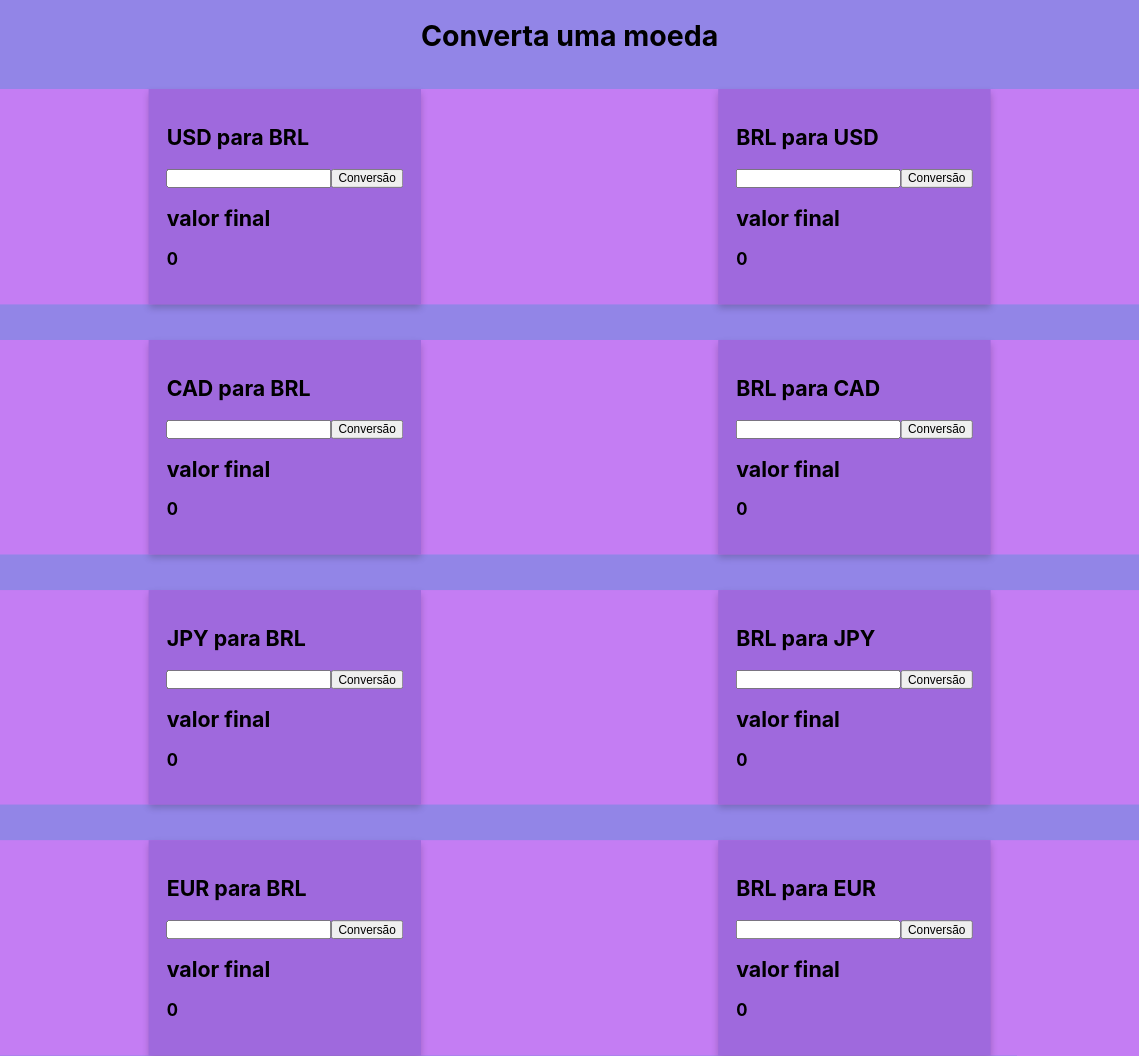
Repository: DeanLemosXD/Currency-converter
Page: /
The author's editor kept a copy of each file at every save. The page is drawn from the files as they stood at one save, then again after the next save.
The browser window is 1280 px wide. The pictures show the whole page, at 89% of full size.
The project was rebuilt for these pictures with package versions that can differ from the ones it lists, and the page was loaded fresh each time.

Above is the page before, as saved 2021-10-19 18:26:34.

### src/index.css
body {
  margin: 0;
  font-family: -apple-system, BlinkMacSystemFont, 'Segoe UI', 'Roboto', 'Oxygen',
    'Ubuntu', 'Cantarell', 'Fira Sans', 'Droid Sans', 'Helvetica Neue',
    sans-serif;
  -webkit-font-smoothing: antialiased;
  -moz-osx-font-smoothing: grayscale;
  background-color:rgb(146, 133, 231)
}

code {
  font-family: source-code-pro, Menlo, Monaco, Consolas, 'Courier New',
    monospace;
}

### src/App.js
import './App.css';
import Conversor from './components/Conversor';

function App() {
  return (
    <div className="App">
      <h1>Converta uma moeda</h1>
      <div className="linha">
      <Conversor moedaA="USD" moedaB="BRL"></Conversor>
      <Conversor moedaA="BRL" moedaB="USD"></Conversor>
      </div>
      <div className="linha">
      <Conversor moedaA="CAD" moedaB="BRL"></Conversor>
      <Conversor moedaA="BRL" moedaB="CAD"></Conversor>
      </div>
      <div className="linha">
      <Conversor moedaA="JPY" moedaB="BRL"></Conversor>
      <Conversor moedaA="BRL" moedaB="JPY"></Conversor>
      </div>
      <div className="linha">
      <Conversor moedaA="EUR" moedaB="BRL"></Conversor>
      <Conversor moedaA="BRL" moedaB="EUR"></Conversor>
      </div>
    </div>
  );
}

export default App;

### src/App.css
.linha{
    display:flex;
    margin-top:  40px;
    justify-content: space-around;
    background-color:rgb(196, 125, 243)

}

h1{

    text-align: center;
}

.app{
    margin: auto;
    max-width: 900px;
}

### src/components/Conversor.js
import React, { Component } from 'react'
import './conversor.css'
export default class Conversor extends Component {

    // eslint-disable-next-line no-useless-constructor
    constructor(props){
        super(props);

        this.state = {
            moedaA_Valor:"",
            moedaB_Valor:0,

        }

        this.converter = this.converter.bind(this)
    }

    converter(){

        let de_para = `${this.props.moedaA}_${this.props.moedaB}`;
        let url = `http://free.currconv.com/api/v7/convert?q=${de_para}&compact=ultra&apiKey=0d7e32903cad9cf7460c`
        //console.log(url)
        fetch(url).then(res=>{
            return res.json()
        })
        .then(json=>{

            let cotacao = json[de_para];
            let moedaB_Valor = (parseFloat(this.state.moedaA_Valor) * cotacao).toFixed(2)
            this.setState({moedaB_Valor})
        })
    }
    render(){
        return (
            <div className="conversor">
                <h2>{this.props.moedaA} para {this.props.moedaB}</h2>
                <input type="text" onChange={(event)=>{this.setState({moedaA_Valor:event.target.value})}}></input>
                <input type="button" value="Conversão" onClick={this.converter}></input>
                <h2>valor final</h2>
                <h3>{this.state.moedaB_Valor}</h3>
            </div>
        )
    }
}

### src/components/conversor.css
.conversor{
        padding: 20px;
        max-width: 300px;
        box-shadow: 0 4px 8px 0 rgba(0, 0, 0, 0.2);
        background-color: rgb(159, 105, 221);
}

Loaded but not shown: public/index.html (common file); src/index.js (common file); src/reportWebVitals.js (common file)

After the next save:
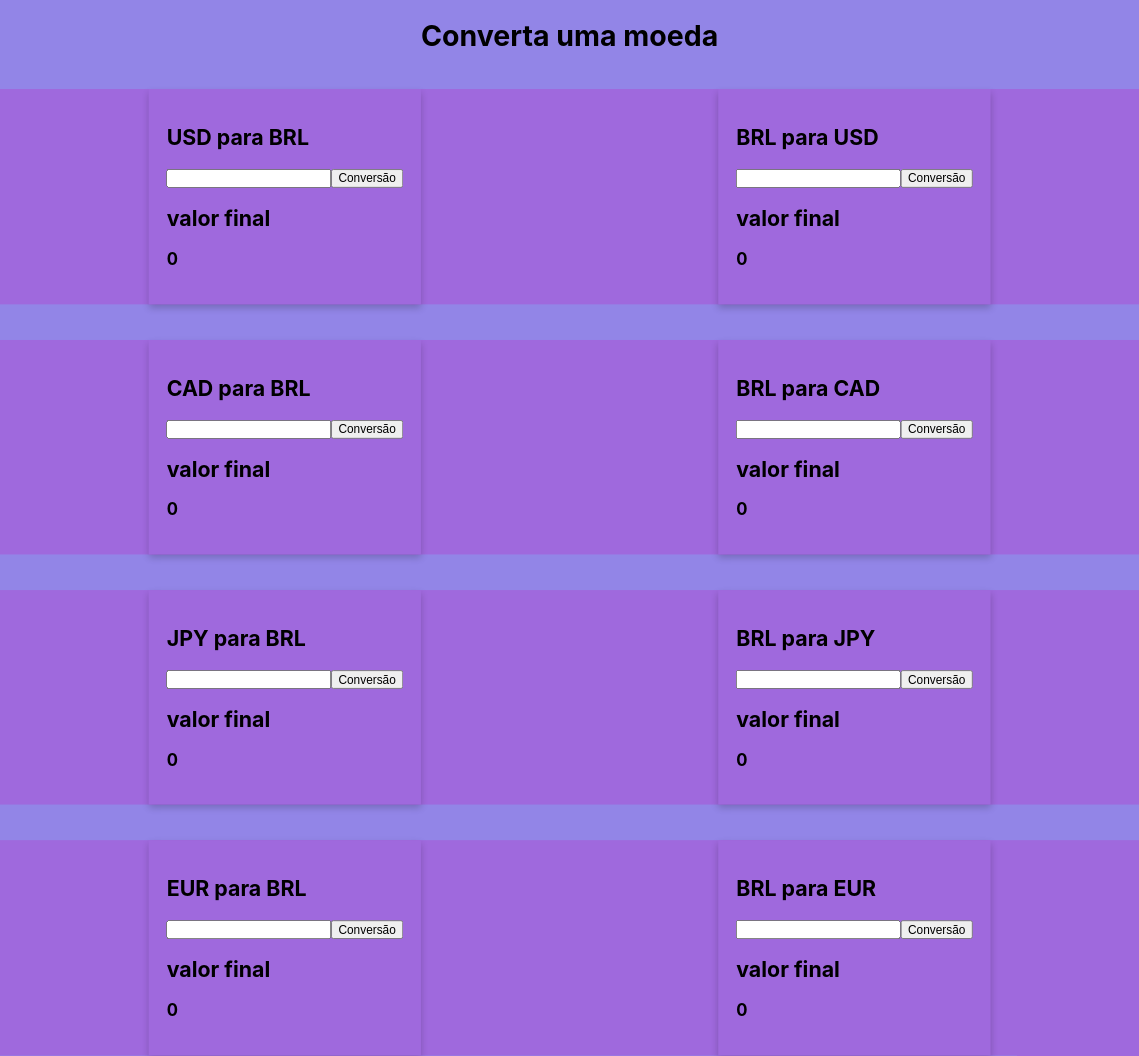
Saved 8 s later.
--- a/src/App.css
+++ b/src/App.css
@@ -2,7 +2,7 @@
     display:flex;
     margin-top:  40px;
     justify-content: space-around;
-    background-color:rgb(196, 125, 243)
+    background-color:rgb(159, 105, 221)
 
 }
 
